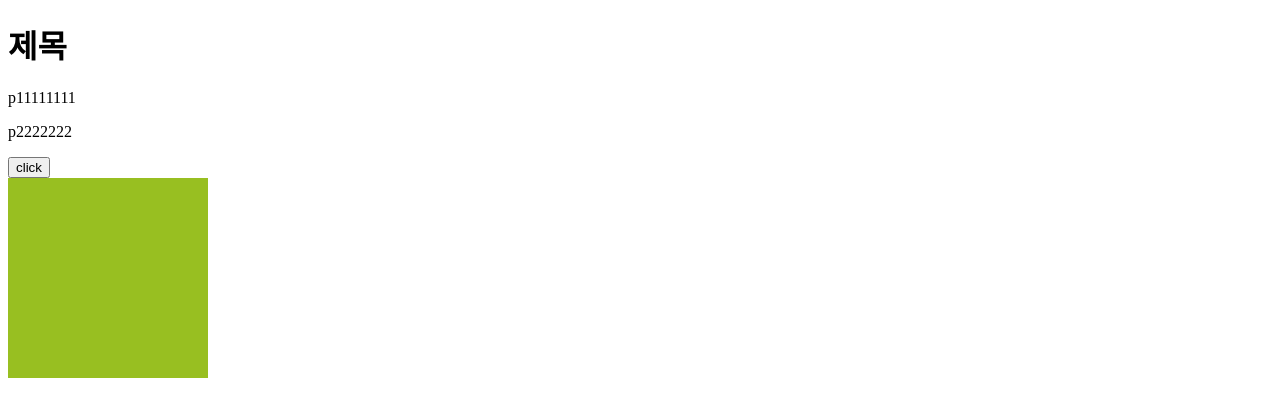
Repository: cwj2306/blog_project_2
Page: http://localhost/blog/test/ajaxtestjquery.jsp
These files come from the project's save history. The page is drawn as it stood at one moment and after the next save; the edit follows.
The browser window is 1280 px wide. The pictures show the whole page.
The page is served by Tomcat 9. Nobody is signed in. The application's start-up code is not run. Other server files are loaded and not shown.

Above is the page before, as saved 2019-11-06 00:46:13.

### blog/WebContent/test/ajaxtestjquery.jsp
<%@ page language="java" contentType="text/html; charset=UTF-8" pageEncoding="UTF-8"%>
<!DOCTYPE html>
<html>
<head>
<meta charset="UTF-8">
	<title>Insert title here</title>
	<script src="https://ajax.googleapis.com/ajax/libs/jquery/3.4.1/jquery.min.js"></script>
	<script>
		$(document).ready(function(){
			$("button").click(function(){
				$("p").hide();
			});


		});
	</script>

</head>
<body>

	<h1>제목</h1>

	<p>p11111111</p>
	<p>p2222222</p>

	<button>click</button>

	<div style="background: #98bf21; height:200px; width:200px; position:absolute;">

	</div>

</body>
</html>

After the next save:
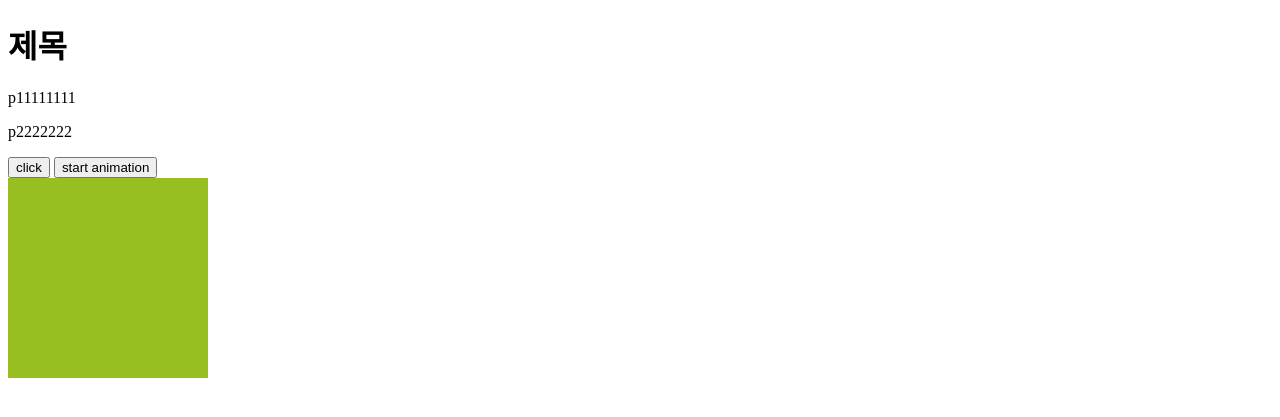
Saved 67 s later.
--- a/blog/WebContent/test/ajaxtestjquery.jsp
+++ b/blog/WebContent/test/ajaxtestjquery.jsp
@@ -7,7 +7,7 @@
 	<script src="https://ajax.googleapis.com/ajax/libs/jquery/3.4.1/jquery.min.js"></script>
 	<script>
 		$(document).ready(function(){
-			$("button").click(function(){
+			$("#my_hide").click(function(){
 				$("p").hide();
 			});
 
@@ -23,11 +23,13 @@
 	<p>p11111111</p>
 	<p>p2222222</p>
 
-	<button>click</button>
+	<button id="my_hide">click</button>
 
 	<div style="background: #98bf21; height:200px; width:200px; position:absolute;">
 
 	</div>
+	<button>start animation</button>
+
 
 </body>
 </html>
